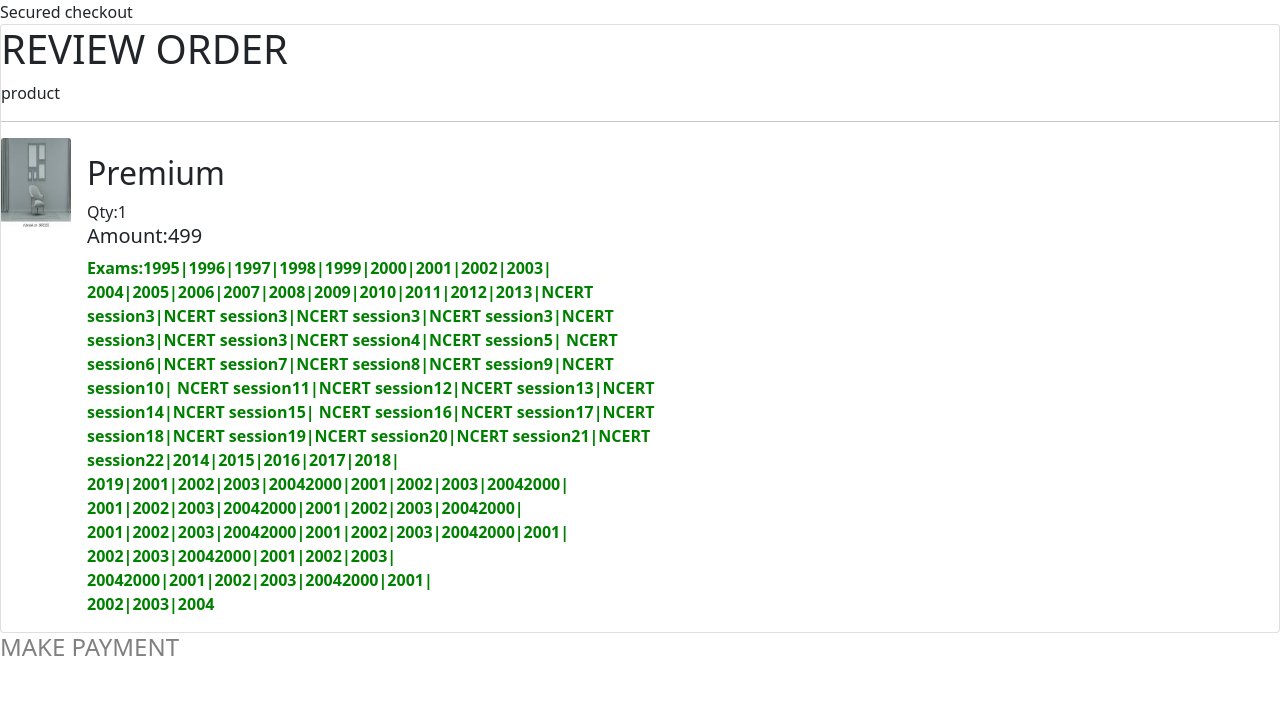
Repository: sreech465/e-prathibha
Page: /checkouts
An editor plug-in stored every save of this project. The page is shown before and after the next save, followed by the edit.
The browser window is 1280 px wide. The pictures show the whole page.
The project was rebuilt for these pictures with package versions that can differ from the ones it lists, and the page was loaded fresh each time. Also part of the build but not shown: src/Redux/Actions.js, src/Components/Register.js, src/Components/Verify.js, src/Components/Header.js, src/Components/Login.js, src/Components/Popup.css, src/Components/Popup.js, src/Components/WritExam.css and 10 more.

Above is the page before, as saved 2022-10-18 19:17:14.

After the next save:
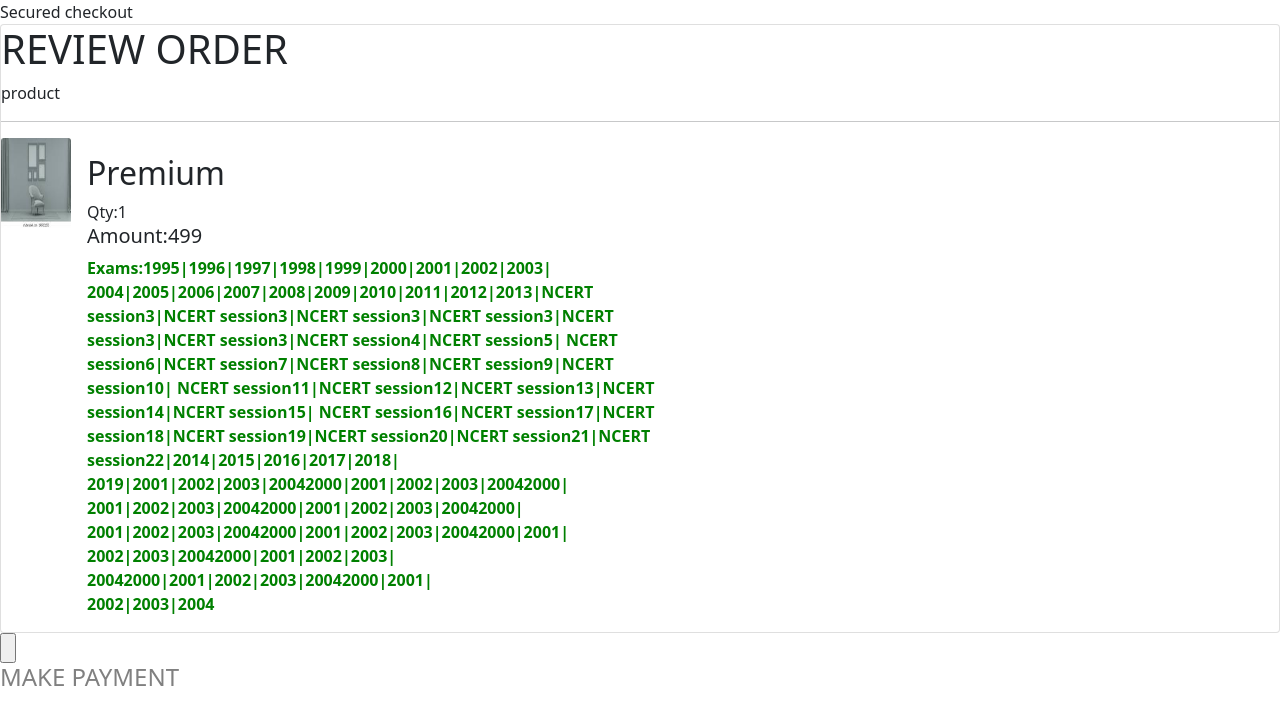
Saved 23 s later.
--- a/src/Components/Checkouts.js
+++ b/src/Components/Checkouts.js
@@ -58,7 +58,7 @@ const Checkouts = () => {
           </div>
         </div>
       </div>
-
+      <input type="button" />
       <h4 style={{ color: "gray" }}>MAKE PAYMENT</h4>
     </>
   );
